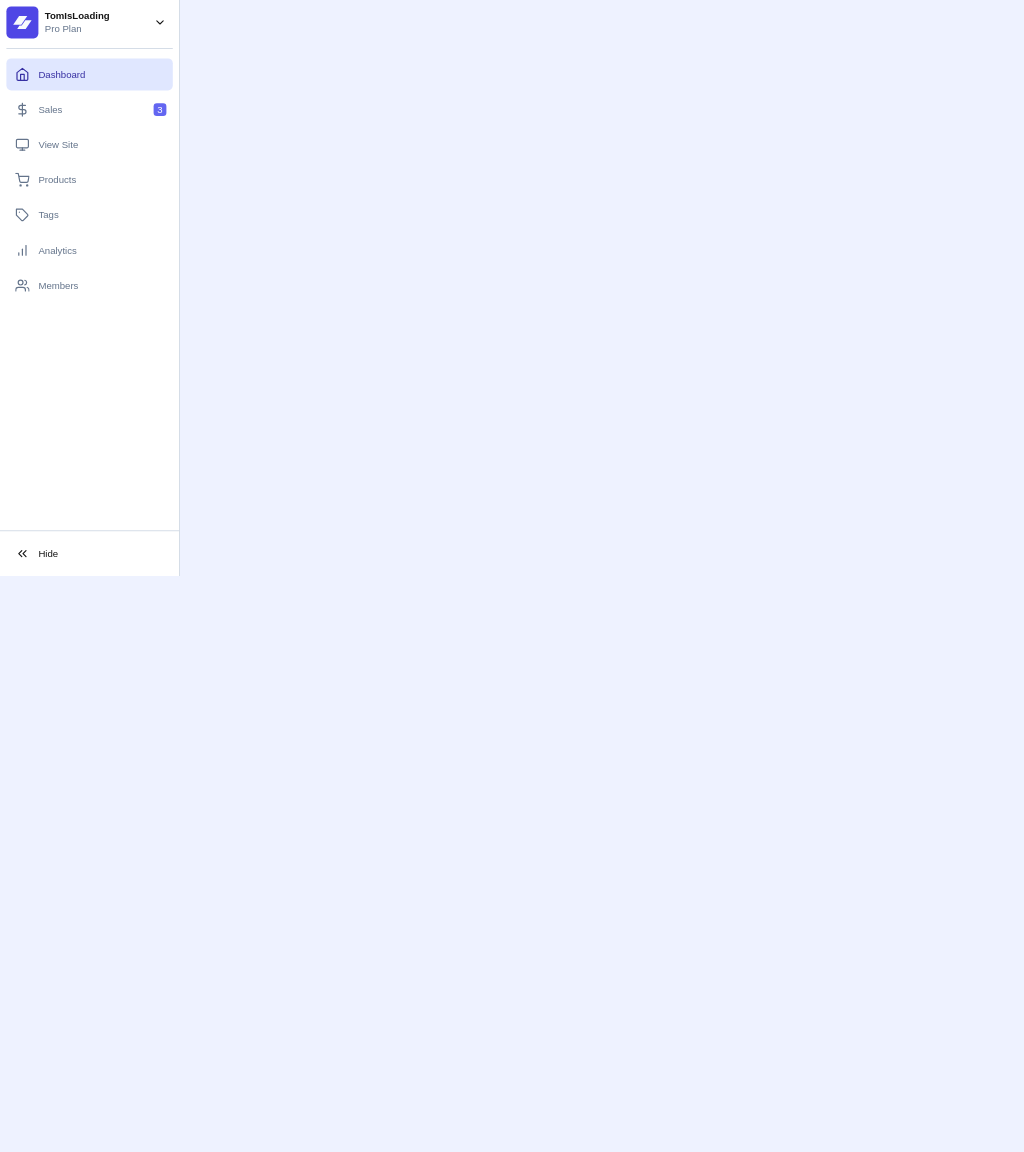
Repository: Ademaulana100499/userdashboard
Page: /
An editor plug-in stored every save of this project. The page is shown before and after the next save, followed by the edit.
The browser window is 1280 px wide. The pictures show the whole page, at 80% of full size.
The project was rebuilt for these pictures with package versions that can differ from the ones it lists, and the page was loaded fresh each time. The framework's server and built-in components were replaced by stand-ins that run in the browser. Also part of the build but not shown: next.config.mjs.

Above is the page before, as saved 2025-02-14 17:37:38.

### src/pages/index.js
import React, { useState } from "react";
import {
  FiBarChart,
  FiChevronDown,
  FiChevronsRight,
  FiDollarSign,
  FiHome,
  FiMonitor,
  FiShoppingCart,
  FiTag,
  FiUsers,
} from "react-icons/fi";
import { motion } from "framer-motion";

const Dashboard = () => {
  return (
    <div className="flex bg-indigo-50">
      <Sidebar />
      <DashboardContent />
    </div>
  );
};

export default Dashboard;
const Sidebar = () => {
  const [open, setOpen] = useState(true);
  const [selected, setSelected] = useState("Dashboard");

  return (
    <motion.nav
      layout
      className="sticky top-0 h-screen shrink-0 border-r border-slate-300 bg-white p-2"
      style={{
        width: open ? "225px" : "fit-content",
      }}>
      <TitleSection open={open} />

      <div className="space-y-1">
        <Option
          Icon={FiHome}
          title="Dashboard"
          selected={selected}
          setSelected={setSelected}
          open={open}
        />
        <Option
          Icon={FiDollarSign}
          title="Sales"
          selected={selected}
          setSelected={setSelected}
          open={open}
          notifs={3}
        />
        <Option
          Icon={FiMonitor}
          title="View Site"
          selected={selected}
          setSelected={setSelected}
          open={open}
        />
        <Option
          Icon={FiShoppingCart}
          title="Products"
          selected={selected}
          setSelected={setSelected}
          open={open}
        />
        <Option
          Icon={FiTag}
          title="Tags"
          selected={selected}
          setSelected={setSelected}
          open={open}
        />
        <Option
          Icon={FiBarChart}
          title="Analytics"
          selected={selected}
          setSelected={setSelected}
          open={open}
        />
        <Option
          Icon={FiUsers}
          title="Members"
          selected={selected}
          setSelected={setSelected}
          open={open}
        />
      </div>

      <ToggleClose open={open} setOpen={setOpen} />
    </motion.nav>
  );
};

const Option = ({ Icon, title, selected, setSelected, open, notifs }) => {
  return (
    <motion.button
      layout
      onClick={() => setSelected(title)}
      className={`relative flex h-10 w-full items-center rounded-md transition-colors ${
        selected === title
          ? "bg-indigo-100 text-indigo-800"
          : "text-slate-500 hover:bg-slate-100"
      }`}>
      <motion.div
        layout
        className="grid h-full w-10 place-content-center text-lg">
        <Icon />
      </motion.div>
      {open && (
        <motion.span
          layout
          initial={{ opacity: 0, y: 12 }}
          animate={{ opacity: 1, y: 0 }}
          transition={{ delay: 0.125 }}
          className="text-xs font-medium">
          {title}
        </motion.span>
      )}

      {notifs && open && (
        <motion.span
          initial={{ scale: 0, opacity: 0 }}
          animate={{
            opacity: 1,
            scale: 1,
          }}
          style={{ y: "-50%" }}
          transition={{ delay: 0.5 }}
          className="absolute right-2 top-1/2 size-4 rounded bg-indigo-500 text-xs text-white">
          {notifs}
        </motion.span>
      )}
    </motion.button>
  );
};

const TitleSection = ({ open }) => {
  return (
    <div className="mb-3 border-b border-slate-300 pb-3">
      <div className="flex cursor-pointer items-center justify-between rounded-md transition-colors hover:bg-slate-100">
        <div className="flex items-center gap-2">
          <Logo />
          {open && (
            <motion.div
              layout
              initial={{ opacity: 0, y: 12 }}
              animate={{ opacity: 1, y: 0 }}
              transition={{ delay: 0.125 }}>
              <span className="block text-xs font-semibold">TomIsLoading</span>
              <span className="block text-xs text-slate-500">Pro Plan</span>
            </motion.div>
          )}
        </div>
        {open && <FiChevronDown className="mr-2" />}
      </div>
    </div>
  );
};

const Logo = () => {
  // Temp logo from https://logoipsum.com/
  return (
    <motion.div
      layout
      className="grid size-10 shrink-0 place-content-center rounded-md bg-indigo-600">
      <svg
        width="24"
        height="auto"
        viewBox="0 0 50 39"
        fill="none"
        xmlns="http://www.w3.org/2000/svg"
        className="fill-slate-50">
        <path
          d="M16.4992 2H37.5808L22.0816 24.9729H1L16.4992 2Z"
          stopColor="#000000"></path>
        <path
          d="M17.4224 27.102L11.4192 36H33.5008L49 13.0271H32.7024L23.2064 27.102H17.4224Z"
          stopColor="#000000"></path>
      </svg>
    </motion.div>
  );
};

const ToggleClose = ({ open, setOpen }) => {
  return (
    <motion.button
      layout
      onClick={() => setOpen((pv) => !pv)}
      className="absolute bottom-0 left-0 right-0 border-t border-slate-300 transition-colors hover:bg-slate-100">
      <div className="flex items-center p-2">
        <motion.div
          layout
          className="grid size-10 place-content-center text-lg">
          <FiChevronsRight
            className={`transition-transform ${open && "rotate-180"}`}
          />
        </motion.div>
        {open && (
          <motion.span
            layout
            initial={{ opacity: 0, y: 12 }}
            animate={{ opacity: 1, y: 0 }}
            transition={{ delay: 0.125 }}
            className="text-xs font-medium">
            Hide
          </motion.span>
        )}
      </div>
    </motion.button>
  );
};

const DashboardContent = () => <div className="h-[200vh] w-full"></div>;

Loaded but not shown: src/pages/_app.js (common file); src/pages/_document.js (common file); src/styles/globals.css (common file); tailwind.config.mjs (common file)

After the next save:
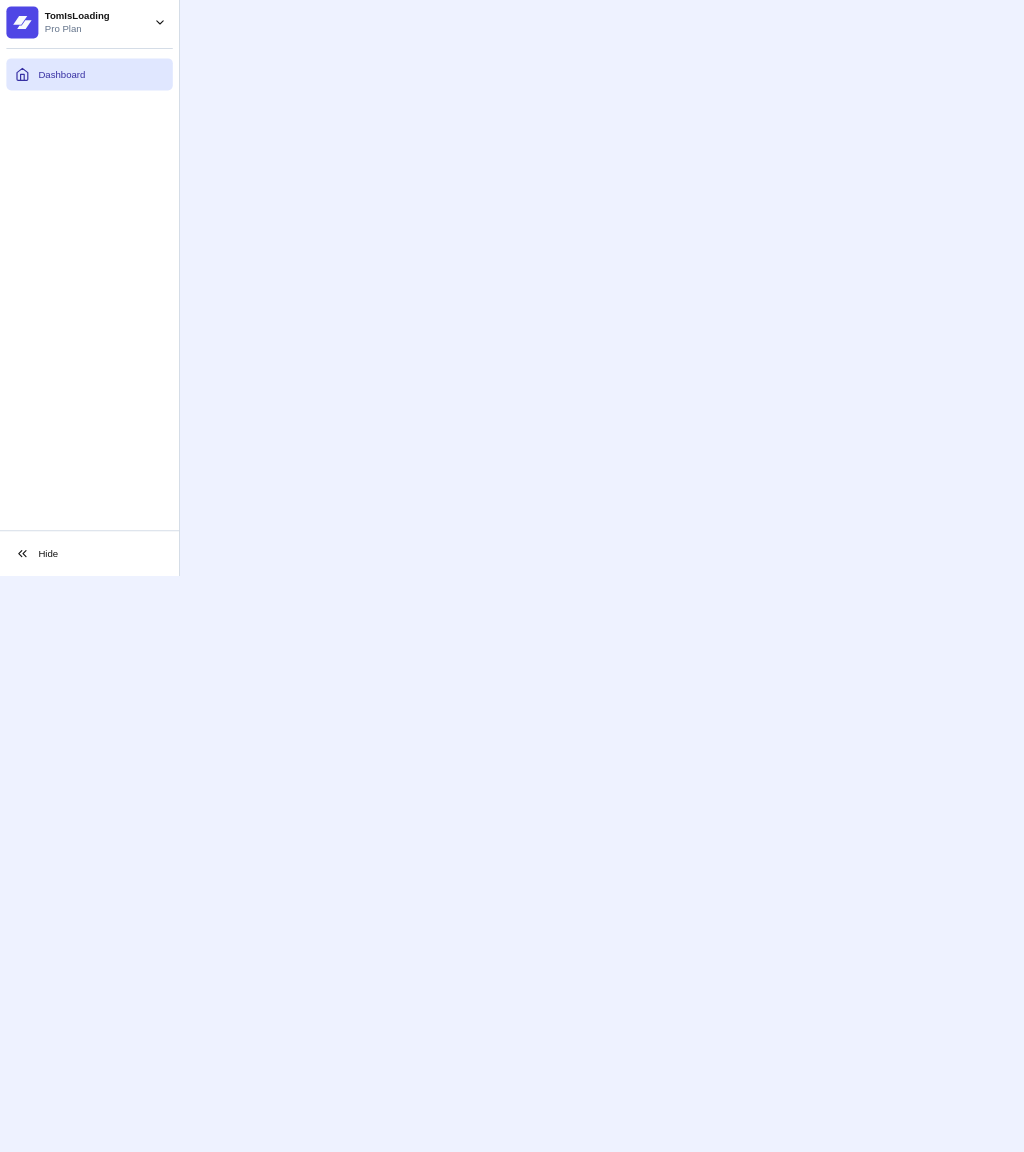
Saved 52 s later.
--- a/src/pages/index.js
+++ b/src/pages/index.js
@@ -39,49 +39,6 @@ const Sidebar = () => {
         <Option
           Icon={FiHome}
           title="Dashboard"
-          selected={selected}
-          setSelected={setSelected}
-          open={open}
-        />
-        <Option
-          Icon={FiDollarSign}
-          title="Sales"
-          selected={selected}
-          setSelected={setSelected}
-          open={open}
-          notifs={3}
-        />
-        <Option
-          Icon={FiMonitor}
-          title="View Site"
-          selected={selected}
-          setSelected={setSelected}
-          open={open}
-        />
-        <Option
-          Icon={FiShoppingCart}
-          title="Products"
-          selected={selected}
-          setSelected={setSelected}
-          open={open}
-        />
-        <Option
-          Icon={FiTag}
-          title="Tags"
-          selected={selected}
-          setSelected={setSelected}
-          open={open}
-        />
-        <Option
-          Icon={FiBarChart}
-          title="Analytics"
-          selected={selected}
-          setSelected={setSelected}
-          open={open}
-        />
-        <Option
-          Icon={FiUsers}
-          title="Members"
           selected={selected}
           setSelected={setSelected}
           open={open}
